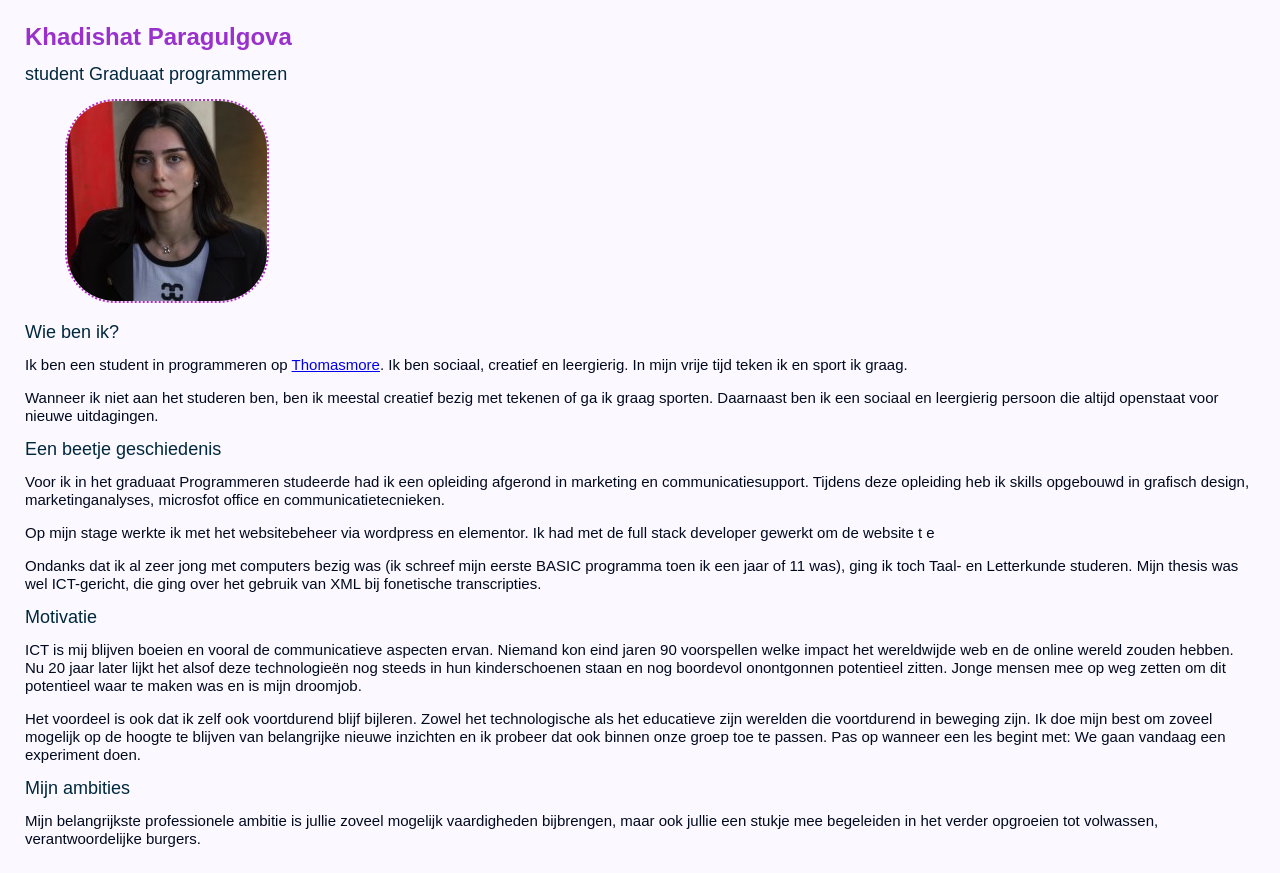
Repository: khadishat00/portfolio
Page: index.html
These files come from the project's save history. The page is drawn as it stood at one moment and after a run of saves; the edit follows.
The browser window is 1280 px wide. The pictures show the whole page.

Above is the page before, as saved 2026-09-24 15:11:02.

After the next 8 saves:
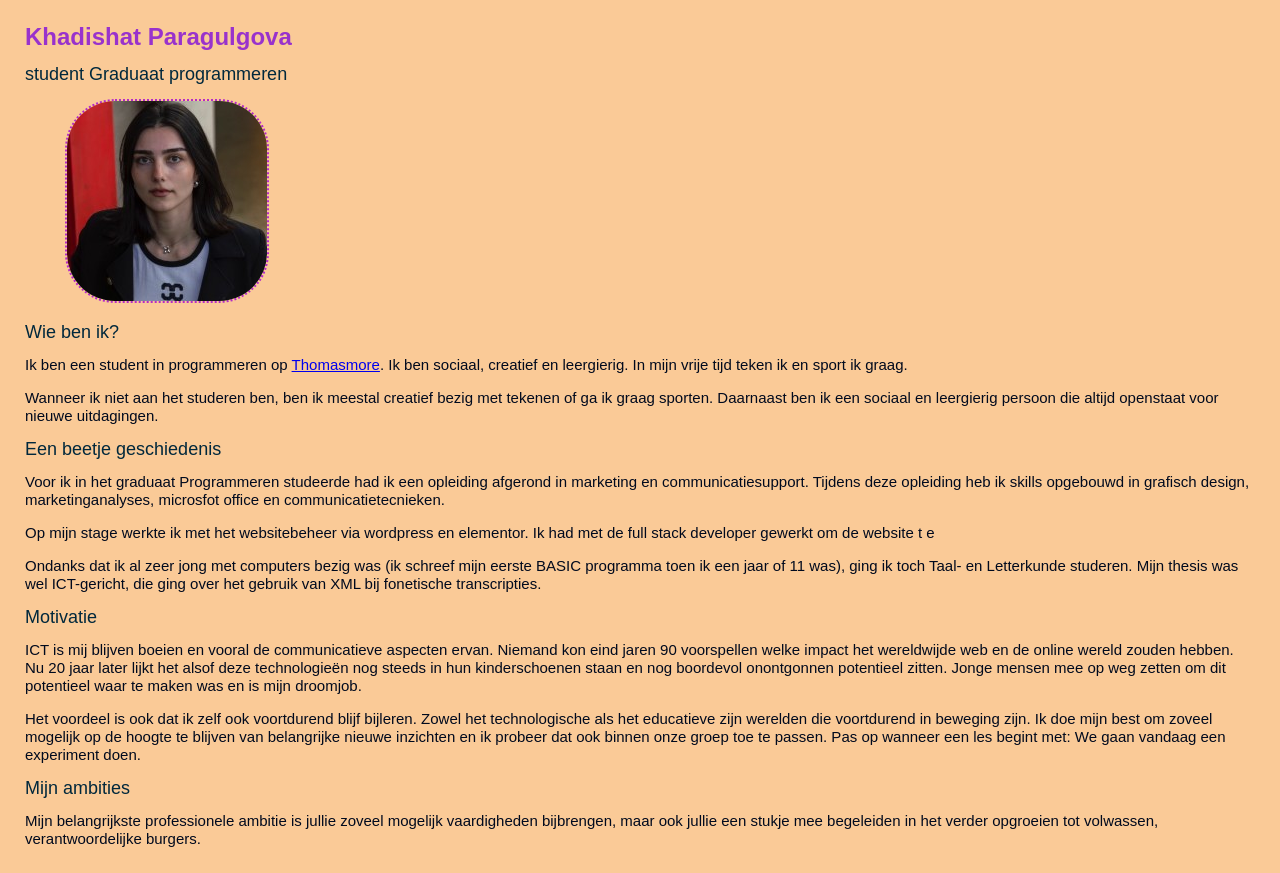
The 8 saves are shown as one change because they came seconds apart.
The last was saved 24 s later.
--- a/index.html
+++ b/index.html
@@ -10,7 +10,7 @@
       font-family: Arial, sans-serif;
     }
     body {
-      background-color: rgba(246, 236, 255, 0.366);
+      background-color: rgba(247, 152, 52, 0.509);
       margin: 25px;
     }
     h1 {
